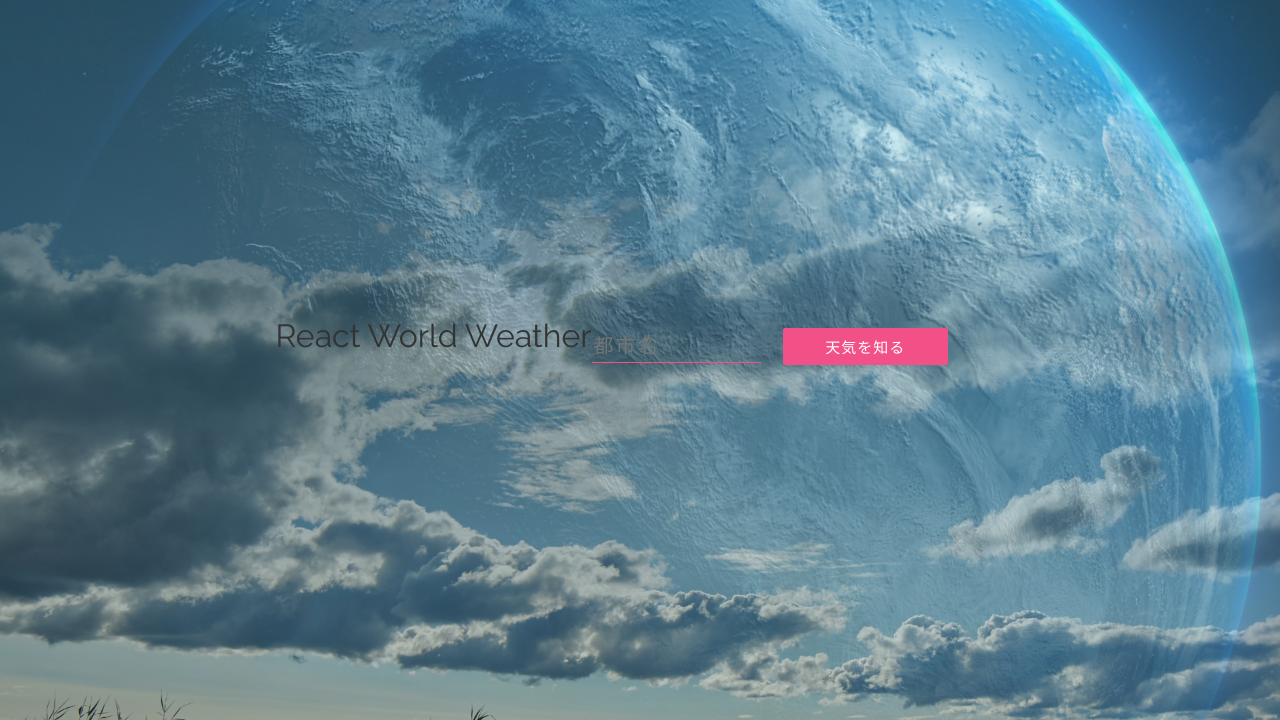
Repository: Junichi-Machii/react-tyepscript-app-weather-001
Page: /
These files come from the project's save history. The page is drawn as it stood at one moment and after a run of saves; the edit follows.
The browser window is 1280 px wide. The pictures show the whole page.
The project was rebuilt for these pictures with package versions that can differ from the ones it lists, and the page was loaded fresh each time.

Above is the page before, as saved 2023-05-29 16:53:30.

After the next 6 saves:
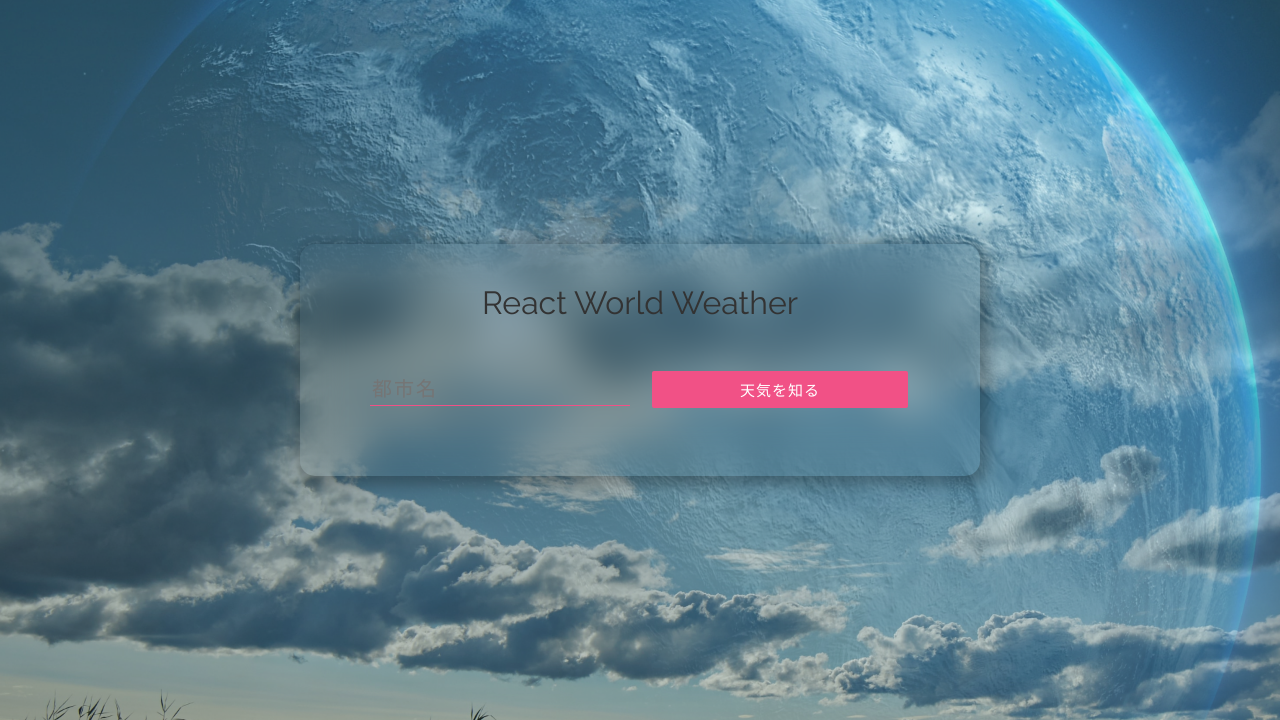
The 6 saves are shown as one change because they came seconds apart.
The last was saved 20 s later.
--- a/src/App.tsx
+++ b/src/App.tsx
@@ -48,9 +48,11 @@ function App() {
 
   return (
     <div className="wrapper">
-      <Title />
-      <Form setCity={setCity} getWeather={getWeather} />
-      <Results results={results}/>
+      <div className="container">
+        <Title />
+        <Form setCity={setCity} getWeather={getWeather} />
+        <Results results={results}/>
+      </div>
     </div>
   );
 }
